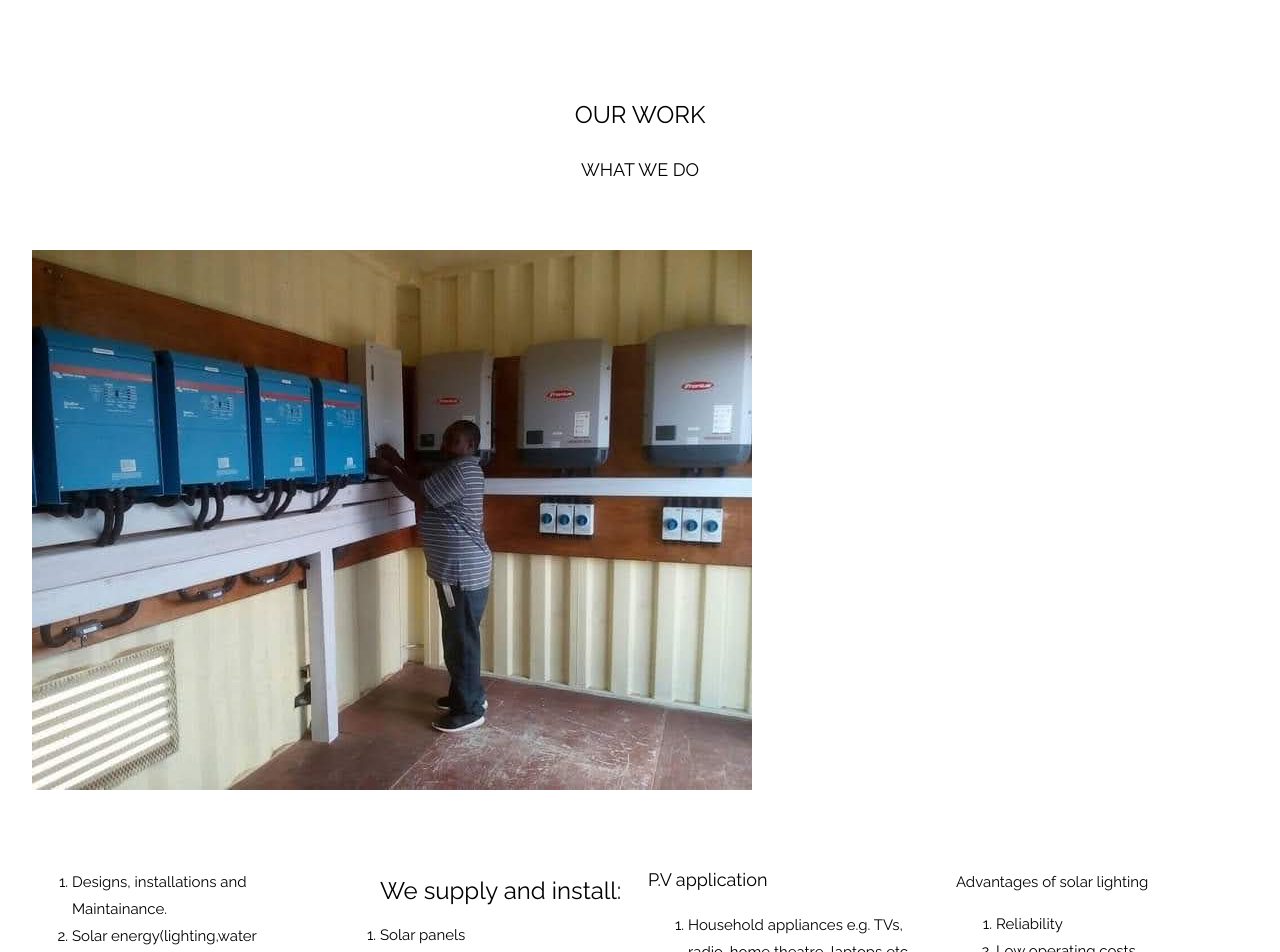
Repository: peterclermy232/LAZCOM
Page: index.html
These files come from the project's save history. The page is drawn as it stood at one moment and after a run of saves; the edit follows.
The browser window is 1280 px wide. The pictures show the part of the page from y = 2818 to 3770 px (the page is 6469 px tall before and 6953 px after).
A picture or video elsewhere on the page could not be fetched, so the positions and the page height are approximate.

Above is the page before, as saved 2022-06-19 14:14:36.

### index.html
<!DOCTYPE html>
<html>
<head>
<title>LAZCOM SOLAR AND ELECTRICALS SERVICES</title>
<meta charset="UTF-8">
<meta name="viewport" content="width=device-width, initial-scale=1">
<link rel="stylesheet" href="https://www.w3schools.com/w3css/4/w3.css">
<link rel="stylesheet" href="https://fonts.googleapis.com/css?family=Raleway">
<link rel="stylesheet" href="https://cdnjs.cloudflare.com/ajax/libs/font-awesome/4.7.0/css/font-awesome.min.css">
<style>
body,h1,h2,h3,h4,h5,h6 {font-family: "Raleway", sans-serif}

body, html {
  height: 100%;
  line-height: 1.8;
}

/* Full height image header */
.bgimg-1 {
  background-position: center;
  background-size: cover;
  background-image: url("images/solar1.jpeg");
  min-height: 100%;
}

.w3-bar .w3-button {
  padding: 16px;
}
</style>
</head>
<body>

<!-- Navbar (sit on top) -->
<div class="w3-top">
  <div class="w3-bar w3-white w3-card" id="myNavbar">

    <a href="#home" class="w3-bar-item w3-button w3-wide">
        <img src="images/images.png" alt="" style="width: 45%;">
    </a>
    <!-- Right-sided navbar links -->
    <div class="w3-right w3-hide-small">
      <a href="#about" class="w3-bar-item w3-button">ABOUT</a>
      <a href="#team" class="w3-bar-item w3-button"><i class="fa fa-user"></i> REFERENCES</a>
      <a href="#work" class="w3-bar-item w3-button"><i class="fa fa-th"></i> WORK</a>
      <!--<a href="#pricing" class="w3-bar-item w3-button"><i class="fa fa-usd"></i> PRICING</a>-->
      <a href="#contact" class="w3-bar-item w3-button"><i class="fa fa-envelope"></i> CONTACT</a>
    </div>
    <!-- Hide right-floated links on small screens and replace them with a menu icon -->

    <a href="javascript:void(0)" class="w3-bar-item w3-button w3-right w3-hide-large w3-hide-medium" onclick="w3_open()">
      <i class="fa fa-bars"></i>
    </a>
  </div>
</div>

<!-- Sidebar on small screens when clicking the menu icon -->
<nav class="w3-sidebar w3-bar-block w3-black w3-card w3-animate-left w3-hide-medium w3-hide-large" style="display:none" id="mySidebar">
  <a href="javascript:void(0)" onclick="w3_close()" class="w3-bar-item w3-button w3-large w3-padding-16">Close ×</a>
  <a href="#about" onclick="w3_close()" class="w3-bar-item w3-button">ABOUT</a>
  <a href="#team" onclick="w3_close()" class="w3-bar-item w3-button">REFERENCES</a>
  <a href="#work" onclick="w3_close()" class="w3-bar-item w3-button">WORK</a>
  <!--<a href="#pricing" onclick="w3_close()" class="w3-bar-item w3-button">PRICING</a>-->
  <a href="#contact" onclick="w3_close()" class="w3-bar-item w3-button">CONTACT</a>
</nav>

<!-- Header with full-height image -->
<header class="bgimg-1 w3-display-container w3-grayscale-min" id="home">
  <div class="w3-display-left w3-text-white" style="padding:48px">
    <span class="w3-jumbo w3-hide-small" style="color: green;">Services beyond you expectations</span><br>
    <span class="w3-xxlarge w3-hide-large w3-hide-medium">Start something that matters</span><br>
    <span class="w3-large">Lazcom is here to help you stay in a well ventilate house.</span>
    <p><a href="#about" class="w3-button w3-white w3-padding-large w3-large w3-margin-top w3-opacity w3-hover-opacity-off">Learn more and start today</a></p>
  </div>
  <div class="w3-display-bottomleft w3-text-grey w3-large" style="padding:24px 48px">

</header>

<!-- About Section -->
<div class="w3-container" style="padding:128px 16px" id="about">
  <h3 class="w3-center">ABOUT THE COMPANY</h3>
  <p class="w3-center w3-large">Key features of our company</p>
  <div class="w3-row-padding w3-center" style="margin-top:64px">
    <h3 style="text-align: center;">COMPANY PROFILE</h3>
<p>Lazcom Solar and Electrical Services Limited is a Company registered in Kenya
    in accordance to chap. 486 of Company’s act. Started in 2009 as a sole
    proprietorship, Lazcom Solar has grown in customer base and service and it
    was then registered as a Limited Company in Kenya in 2013.
    We
    specialize
    in
    design,
    selection,
    purchase,
    servicing,
    maintenance,
    replacement, installation, testing and commissioning of all types of green
    energy solutions up to and including solar water heating system, power back up
    systems,Borehole drilling and Equiping, solar water pump installation and to
    carry on business as consultants, advisers and service providers in respect of</p>
</div>
    <div class="">

      <p class="w3-large">Visson</p>
      <p>To be a leading alternative energy solutions provider by offering affordable and
        environmental friendly green energy solar solutions beyond the expectations of
        our clients.</p>
    </div>
    <div class="" style="margin: auto;">

      <p class="w3-large">Mission</p>
      <p>To satisfy our customers by offering efficient, effective, environmental friendly
        and affordable electric light, heating and power supplies using the latest
        technology and state of the art equipment for both commercial and residential
        use in accordance to our clients' needs.</p>
    </div>
</div>
    <div class="image">

        <p style="text-align: center;">Values</p>
        <p style="text-align: center;">Our Values Define our Being:</p>
        <div class="fakeimg">
            <ul>
              <li>We accept that challenges make us stronger and we enjoy the satisfaction of a
                job well done. We take action, make things real, work smart, have fun, and
                maintain a positive outlook in all things we do.</li>
              <li>We lead by example and use honesty, integrity, and open communications in all
                of our interactions.</li>
              <li>We strive to continually grow and improve as individuals, as a team, and as a
                company.</li>
              <li>We maintain a cost conscious attitude, promote increased efficiency, and
                ensure quality, which leads to a competitive edge in the marketplace.</li>
              <li>Sustainability and environmental stewardship through alternative energy
                sources and renewable energy systems is the core of our business, not only in
                our products and services we offer, but also the way we operate.</li>
              <li>We achieve customer satisfaction by honoring our commitments, exceeding
                expectations, and providing the highest quality products and service.</li>
            </ul>
          </div>
      </div>
</div>

<!-- Promo Section - "We know design" -->
<div class="w3-container w3-light-grey" style="padding:128px 16px">
  <div class="w3-row-padding">
    <div class="w3-col m6">
      <p><a href="#work" class="w3-button w3-black"><i class="fa fa-th"> </i> View Our Works</a></p>
    </div>
    <div class="w3-col m6">
      <img class="w3-image w3-round-large" src="images/solar.jpeg" alt="Buildings" width="700" height="394">
    </div>
  </div>
</div>

<!-- Team Section -->
<!-- Promo Section "Statistics" -->
<div class="w3-container w3-row w3-center w3-dark-grey w3-padding-64">
  <div class="w3-quarter">
    <span class="w3-xxlarge">14+</span>
    <br>Partners
  </div>
  <div class="w3-quarter">
    <span class="w3-xxlarge">55+</span>
    <br>Projects Done
  </div>
  <div class="w3-quarter">
    <span class="w3-xxlarge">89+</span>
    <br>Happy Clients
  </div>
  <div class="w3-quarter">
    <span class="w3-xxlarge">150+</span>
    <br>Meetings
  </div>
</div>

<!-- Work Section -->
<div class="w3-container" style="padding:128px 16px" id="work">
  <h3 class="w3-center">OUR WORK</h3>
  <p class="w3-center w3-large">WHAT WE DO</p>

  <div class="w3-row-padding" style="margin-top:64px">
    <div class="w3-col l3 m6">
      <div class="w3-quarter">
        <img src="images/person1.jpeg" alt="">
      </div>

    </div>
    <div class="w3-col l3 m6">
      <div class="w3-quarter">
        <img src="" alt="">
      </div>
    </div>
    <div class="w3-col l3 m6">
      <div class="w3-quarter">
        <img src="" alt="">
      </div>
    </div>
  </div>

  <div class="w3-row-padding" style="margin-top:64px">
    <div class="w3-col l3 m6">
        <ol>
            <li>Designs, installations and Maintainance.</li>
            <li>Solar energy(lighting,water heating,pumping and street lighting)</li>
            <li>Power back-up system installation and maintainance</li>
            <li>Service and maintainance contracts</li>
            <li>Water pumps and Borehole services(Drilling and Equiping).</li>
            <li>General electrical designs and installations.</li>
            <li>Swimming pool design,installation and maintainance.</li>
          </ol>
    </div>
    <div class="w3-col l3 m6">
        <ol>
            <h3>We supply and install:</h3>
            <div>
              <li>Solar panels</li>
              <li>Generators</li>
              <li>Solar batteries</li>
              <li>Water pumps</li>
              <li>Inverters</li>
              <li>Electrical and plumbling</li>
              <li>Solar water heating systems</li>
              <li>Wiring</li>
              </div>
        </ol>
    </div>
    <div class="w3-col l3 m6">
        <h5>P.V application</h5>
        <ol>
          <li>Household appliances e.g. TVs, radio, home theatre, laptops etc</li>
          <li>Water pumping for small scale remote irrigation, stock watering and
            residential use.</li>
          <li>Lighting for residential needs, billboards, security, street lights, parking
            lots, pathways and schools.</li>
          <li>Refrigeration for medical and recreational uses.</li>
        </ol>
    </div>
    <div class="w3-col l3 m6">
        <p>Advantages of solar lighting</p>
  <ol>
    <li>Reliability</li>
    <li>Low operating costs</li>
    <li>Low environmental pollution</li>
    <li>Stand alone capability</li>
    <li>Portability</li>
    <li>Modularity</li>
    <li>Safety</li>
    <li>Ease of installation</li>
  </ol>
    </div>
  </div>

  <div class="w3-row-padding w3-section">
    <div class="w3-col l3 m6">
        <ol class=" flex-column">
            <h6><b>Solar powered water pumping systems (diagrams/pictures)</b></h6>
            <li class="nav-item">
              Grundfos -borehole applications
            </li>
            <li class="nav-item">
              Lorentzs pumps- for shallow wells,boreholes and booster applicati
            </li>
            <li class="nav-item">
              Dayliff pumps- shallow wells,surface and borehole pumps
            </li>
            <li class="nav-item">
              Solar security light
            </li>
            <li class="nav-item">
              Solar powered lanterns
            </li>
            <li class="nav-item">
              Solar garden lights
            </li>
            <li class="nav-item">
              Solar cell phone charger
            </li>
            <li class="nav-item">
              LED bulbs
            </li>
          </ol>
    </div>
    <div class="w3-col l3 m6">
        <p>Advantages of solar water system</p>
        <ol>
          <li>Energy Saving</li>
          <li>Use of free solar energy hence reduction of power bills.</li>
          <li>24 hours hot water</li>
          <li>Long life span-over 20 years</li>
          <li>Maintenance free system</li>
        </ol>
    </div>
    <div class="w3-col l3 m6">
        <p>Advantages of power backup systems</p>
        <ol>
          <li>Standby power in the event of main’s failure</li>
          <li>Alternative to generators which are expensive to maintain and fuel</li>
          <li>Instant and automatic changeover when the mains power fails</li>
          <li>Totally silent and non-polluting operation</li>
          <li>Very low running costs-just the power to charge the batteries</li>
        </ol>
    </div>
    <div class="w3-col l3 m6">
      <img src="/w3images/tech_tableturner.jpg" style="width:100%" onclick="onClick(this)" class="w3-hover-opacity" alt="A tableturner">
    </div>
  </div>
</div>

<!-- Modal for full size images on click-->
<div id="modal01" class="w3-modal w3-black" onclick="this.style.display='none'">
  <span class="w3-button w3-xxlarge w3-black w3-padding-large w3-display-topright" title="Close Modal Image">×</span>
  <div class="w3-modal-content w3-animate-zoom w3-center w3-transparent w3-padding-64">
    <img id="img01" class="w3-image">
    <p id="caption" class="w3-opacity w3-large"></p>
  </div>
</div>

<!-- Skills Section -->
<div class="w3-container w3-light-grey w3-padding-64">
  <div class="w3-row-padding">
    <div class="w3-col m6">
      <h3>Our Skills.</h3>
    <!--  <p>Lorem ipsum dolor sit amet, consectetur adipiscing elit, sed do eiusmod<br>
      tempor incididunt ut labore et dolore.</p>
      <p>Lorem ipsum dolor sit amet, consectetur adipiscing elit, sed do eiusmod<br>
      tempor incididunt ut labore et dolore.</p>
      -->
    </div>
    <div class="w3-col m6">
      <p class="w3-wide"><i class="fa fa-camera w3-margin-right"></i>Solar Installation</p>
      <div class="w3-grey">
        <div class="w3-container w3-dark-grey w3-center" style="width:90%">90%</div>
      </div>
      <p class="w3-wide"><i class="fa fa-desktop w3-margin-right"></i>Plumbing</p>
      <div class="w3-grey">
        <div class="w3-container w3-dark-grey w3-center" style="width:85%">85%</div>
      </div>
      <p class="w3-wide"><i class="fa fa-photo w3-margin-right"></i>Wiring</p>
      <div class="w3-grey">
        <div class="w3-container w3-dark-grey w3-center" style="width:75%">75%</div>
      </div>
    </div>
  </div>
</div>

<!-- Pricing Section
<div class="w3-container w3-center w3-dark-grey" style="padding:128px 16px" id="pricing">
  <h3>PRICING</h3>
  <p class="w3-large">Choose a pricing plan that fits your needs.</p>
  <div class="w3-row-padding" style="margin-top:64px">
    <div class="w3-third w3-section">
      <ul class="w3-ul w3-white w3-hover-shadow">
        <li class="w3-black w3-xlarge w3-padding-32">Basic</li>
        <li class="w3-padding-16"><b>10GB</b> Storage</li>
        <li class="w3-padding-16"><b>10</b> Emails</li>
        <li class="w3-padding-16"><b>10</b> Domains</li>
        <li class="w3-padding-16"><b>Endless</b> Support</li>
        <li class="w3-padding-16">
          <h2 class="w3-wide">$ 10</h2>
          <span class="w3-opacity">per month</span>
        </li>
        <li class="w3-light-grey w3-padding-24">
          <button class="w3-button w3-black w3-padding-large">Sign Up</button>
        </li>
      </ul>
    </div>
    <div class="w3-third">
      <ul class="w3-ul w3-white w3-hover-shadow">
        <li class="w3-red w3-xlarge w3-padding-48">Pro</li>
        <li class="w3-padding-16"><b>25GB</b> Storage</li>
        <li class="w3-padding-16"><b>25</b> Emails</li>
        <li class="w3-padding-16"><b>25</b> Domains</li>
        <li class="w3-padding-16"><b>Endless</b> Support</li>
        <li class="w3-padding-16">
          <h2 class="w3-wide">$ 25</h2>
          <span class="w3-opacity">per month</span>
        </li>
        <li class="w3-light-grey w3-padding-24">
          <button class="w3-button w3-black w3-padding-large">Sign Up</button>
        </li>
      </ul>
    </div>
    <div class="w3-third w3-section">
      <ul class="w3-ul w3-white w3-hover-shadow">
        <li class="w3-black w3-xlarge w3-padding-32">Premium</li>
        <li class="w3-padding-16"><b>50GB</b> Storage</li>
        <li class="w3-padding-16"><b>50</b> Emails</li>
        <li class="w3-padding-16"><b>50</b> Domains</li>
        <li class="w3-padding-16"><b>Endless</b> Support</li>
        <li class="w3-padding-16">
          <h2 class="w3-wide">$ 50</h2>
          <span class="w3-opacity">per month</span>
        </li>
        <li class="w3-light-grey w3-padding-24">
          <button class="w3-button w3-black w3-padding-large">Sign Up</button>
        </li>
      </ul>
    </div>
  </div>
</div>-->

<!-- Contact Section -->
<div class="w3-container w3-light-grey" style="padding:128px 16px" id="contact">
  <h3 class="w3-center">CONTACT</h3>
  <p class="w3-center w3-large">Lets get in touch. Send us a message:</p>
  <div style="margin-top:48px">
    <p><i class="fa fa-map-marker fa-fw w3-xxlarge w3-margin-right"></i> NAIROBI,Kenya</p>
    <p><i class="fa fa-phone fa-fw w3-xxlarge w3-margin-right"></i> Phone: +2547724394458 or +254753532902</p>
    <p><i class="fa fa-envelope fa-fw w3-xxlarge w3-margin-right"> </i> Email: lazkomsolar@gmail.com</p>
    <br>
  <!--  <form action="/action_page.php" target="_blank">
      <p><input class="w3-input w3-border" type="text" placeholder="Name" required name="Name"></p>
      <p><input class="w3-input w3-border" type="text" placeholder="Email" required name="Email"></p>
      <p><input class="w3-input w3-border" type="text" placeholder="Subject" required name="Subject"></p>
      <p><input class="w3-input w3-border" type="text" placeholder="Message" required name="Message"></p>
      <p>
        <button class="w3-button w3-black" type="submit">
          <i class="fa fa-paper-plane"></i> SEND MESSAGE
        </button>
      </p>
    </form>
  -->
    <!-- Image of location/map
    <img src="/w3images/map.jpg" class="w3-image w3-greyscale" style="width:100%;margin-top:48px">
    -->

  </div>
</div>
<div class="w3-container" style="padding:128px 16px" id="team">
    <h3 class="w3-center">REFERENCES:</h3>
    <p class="w3-center w3-large">The ones who we have worked For</p>
    <div class="w3-row-padding w3-grayscale" style="margin-top:64px">
      <div class="w3-col l3 m6 w3-margin-bottom">
          <div class="w3-container">

              <li style="color:red">Loreto srs....Maryward cent
                ...contact..0720953022</li>
            <p>Solar hot water systems...12no.units</p>
            <p>Borehole services</p>
            <p>Generator services</p>
            </li>
          </div>

      </div>
      <div class="w3-col l3 m6 w3-margin-bottom">

          <div class="w3-container">
            <li style="color:red">missionaries of Africa....Contact..
                0718080276</li>
                <p>Solar hot water systems....3units</p>
                <p>Inverter systems....5kw system.</p>
            </li>
          </div>

      </div>
      <div class="w3-col l3 m6 w3-margin-bottom">
          <div class="w3-container">
            <li style="color:red"> Consolata sisters:......
                contact:sr.karthy....0712588471</li>
                <p>Solar hot water systems...6units.</p>
                <p>Borehole services...2no.borehole.</p>
            </li>
          </div>

      </div>
      <div class="w3-col l3 m6 w3-margin-bottom">
          <div class="w3-container">
            <li style="color:red">Hekima University college............Contact:Fr.Elius..0720836944</li>
            <p>Solar hot water systems......8units.</p>
            <p>Borehole services....1no.</p>
            <p>Generator services.</p>
            </li>
          </div>

      </div>
    </div>
  </div>


<!-- Footer -->
<footer class="w3-center w3-black w3-padding-64">
  <a href="#home" class="w3-button w3-light-grey"><i class="fa fa-arrow-up w3-margin-right"></i>To the top</a>
  <div class="w3-xlarge w3-section">
    <i class="fa fa-facebook-official w3-hover-opacity"></i>
    <i class="fa fa-instagram w3-hover-opacity"></i>
    <i class="fa fa-snapchat w3-hover-opacity"></i>
    <i class="fa fa-pinterest-p w3-hover-opacity"></i>
    <i class="fa fa-twitter w3-hover-opacity"></i>
    <i class="fa fa-linkedin w3-hover-opacity"></i>
  </div>
 <!--<p>Powered by <a href="https://www.w3schools.com/w3css/default.asp" title="W3.CSS" target="_blank" class="w3-hover-text-green">w3.css</a></p>-->
</footer>

<script>
// Modal Image Gallery
function onClick(element) {
  document.getElementById("img01").src = element.src;
  document.getElementById("modal01").style.display = "block";
  var captionText = document.getElementById("caption");
  captionText.innerHTML = element.alt;
}


// Toggle between showing and hiding the sidebar when clicking the menu icon
var mySidebar = document.getElementById("mySidebar");

function w3_open() {
  if (mySidebar.style.display === 'block') {
    mySidebar.style.display = 'none';
  } else {
    mySidebar.style.display = 'block';
  }
}

// Close the sidebar with the close button
function w3_close() {
    mySidebar.style.display = "none";
}
</script>

</body>
</html>

After the next 3 saves:
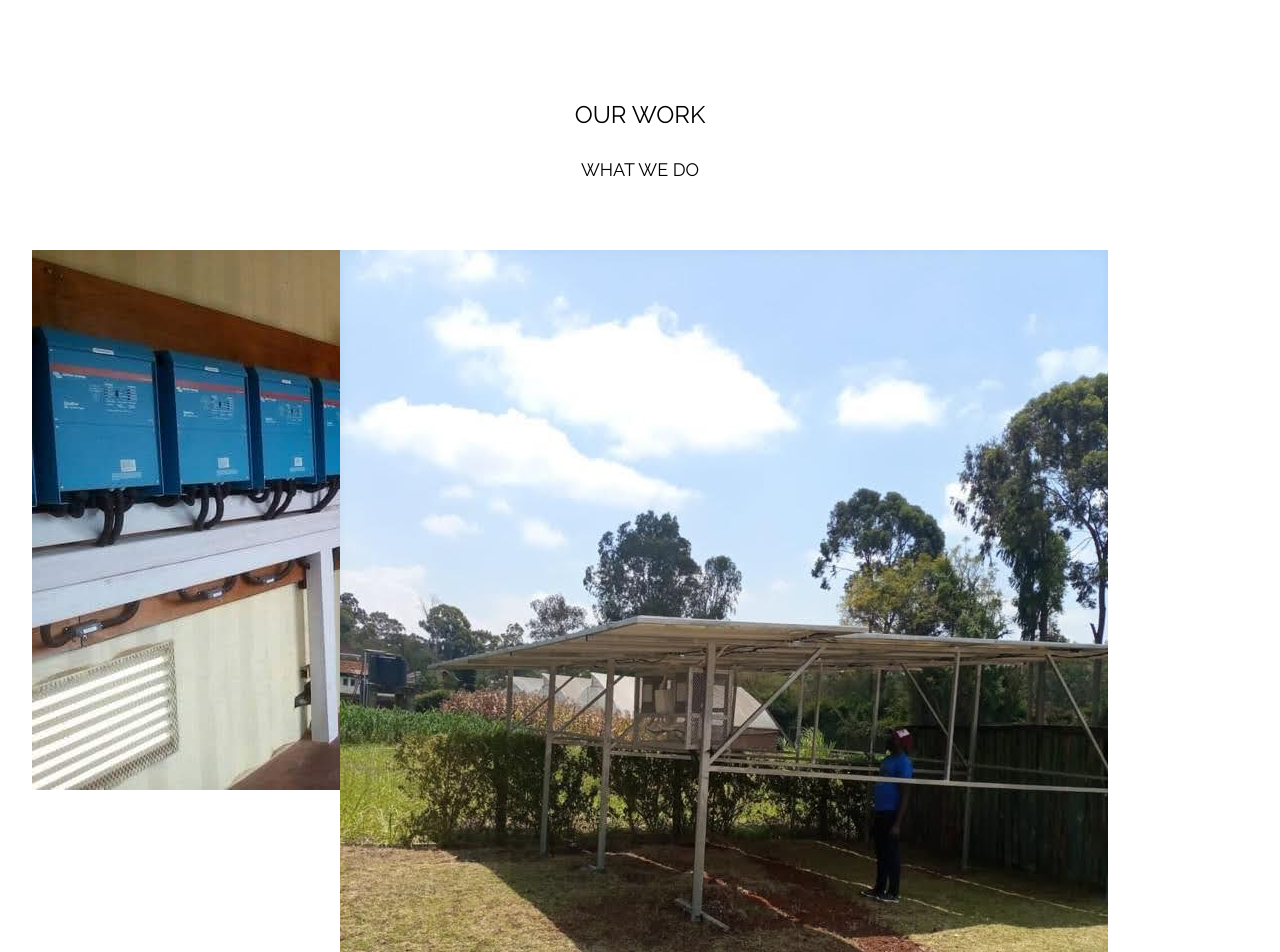
The 3 saves are shown as one change because they came seconds apart.
The last was saved 12 s later.
--- a/index.html
+++ b/index.html
@@ -186,7 +186,7 @@ body, html {
     </div>
     <div class="w3-col l3 m6">
       <div class="w3-quarter">
-        <img src="" alt="">
+        <img src="images/person2.jpeg" alt="">
       </div>
     </div>
     <div class="w3-col l3 m6">
